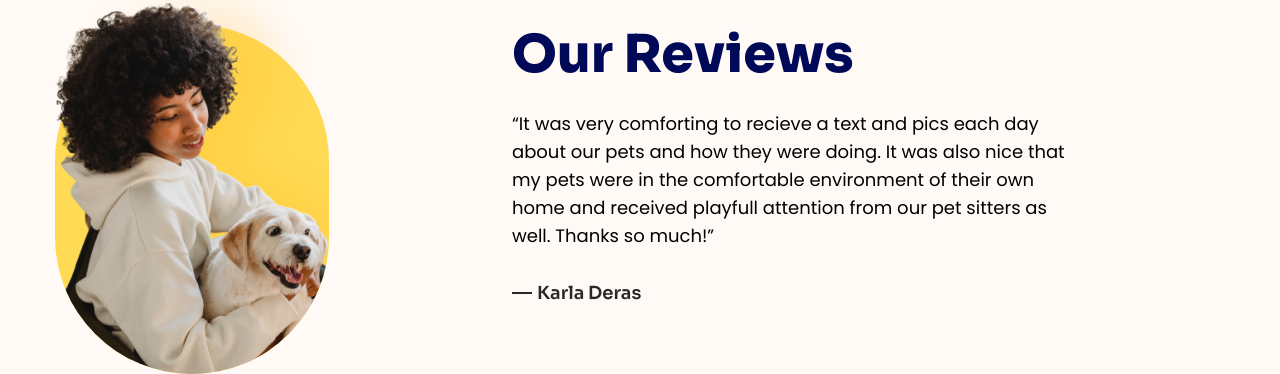
Repository: Cuongquaidan/F8projeact-04
Page: index.html
An editor plug-in stored every save of this project. The page is shown before and after the next save, followed by the edit.
The browser window is 1280 px wide. The pictures show the part of the page from y = 5124 to 6076 px (the page is 5498 px tall before and 6076 px after).
A picture or video elsewhere on the page could not be fetched, so the positions and the page height are approximate.

Above is the page before, as saved 2023-04-17 21:32:54.

After the next save:
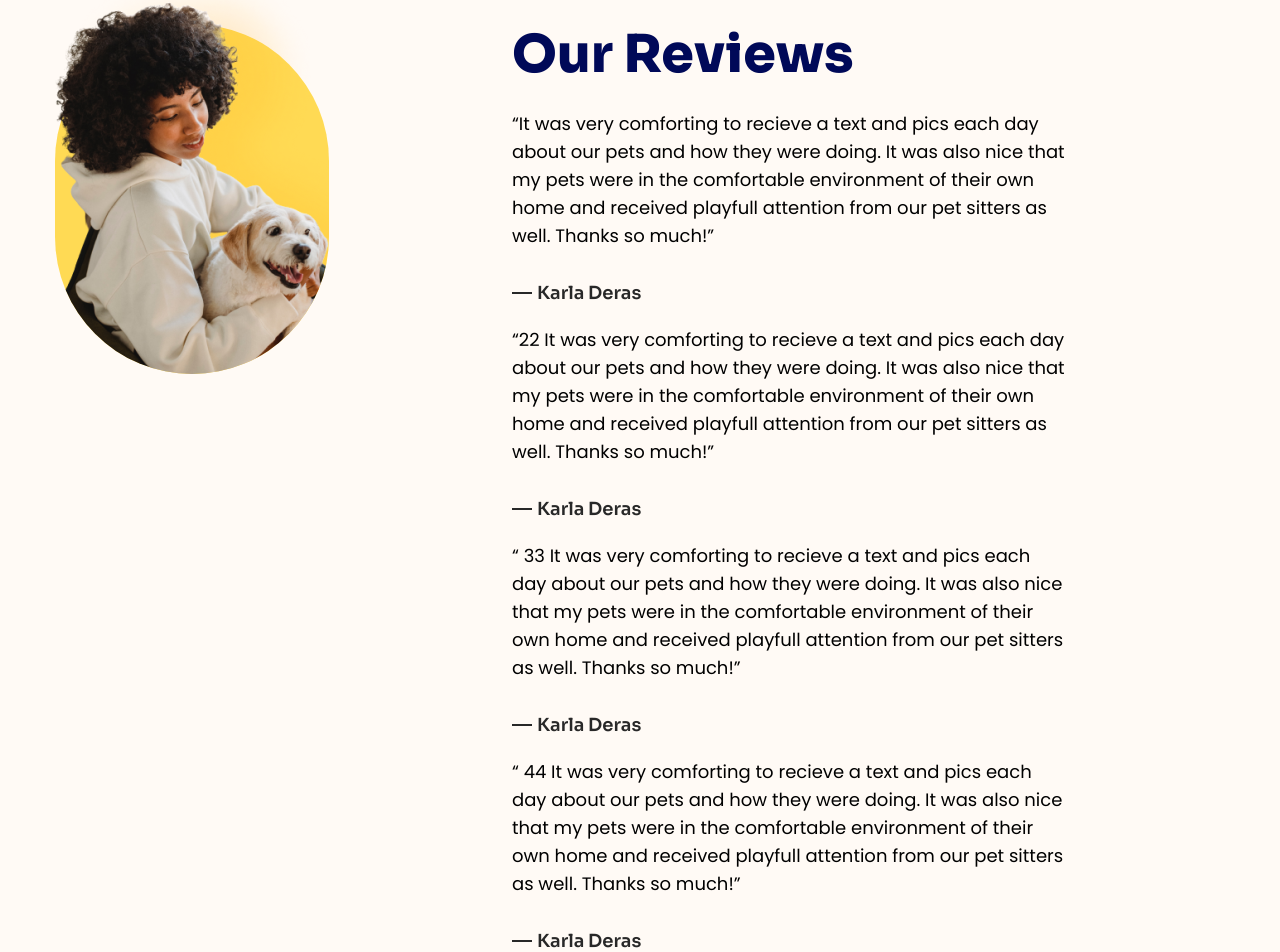
Saved 40 s later.
--- a/index.html
+++ b/index.html
@@ -385,6 +385,18 @@ So Is Your Pet.
                         <p class="review__inner-text">“It was very comforting to recieve a text and pics each day about our pets and how they were doing. It was also nice that my pets were in the comfortable environment of their own home and received playfull attention from our pet sitters as well. Thanks so much!”</p>
                           <span class="review__inner-name">Karla Deras</span>
                     </div>
+                    <div class="review__inner-item ">
+                        <p class="review__inner-text">“22 It was very comforting to recieve a text and pics each day about our pets and how they were doing. It was also nice that my pets were in the comfortable environment of their own home and received playfull attention from our pet sitters as well. Thanks so much!”</p>
+                          <span class="review__inner-name">Karla Deras</span>
+                    </div>
+                    <div class="review__inner-item ">
+                        <p class="review__inner-text">“ 33 It was very comforting to recieve a text and pics each day about our pets and how they were doing. It was also nice that my pets were in the comfortable environment of their own home and received playfull attention from our pet sitters as well. Thanks so much!”</p>
+                          <span class="review__inner-name">Karla Deras</span>
+                    </div>
+                    <div class="review__inner-item ">
+                        <p class="review__inner-text">“ 44 It was very comforting to recieve a text and pics each day about our pets and how they were doing. It was also nice that my pets were in the comfortable environment of their own home and received playfull attention from our pet sitters as well. Thanks so much!”</p>
+                          <span class="review__inner-name">Karla Deras</span>
+                    </div>
                 </div>
 
                 </div>
